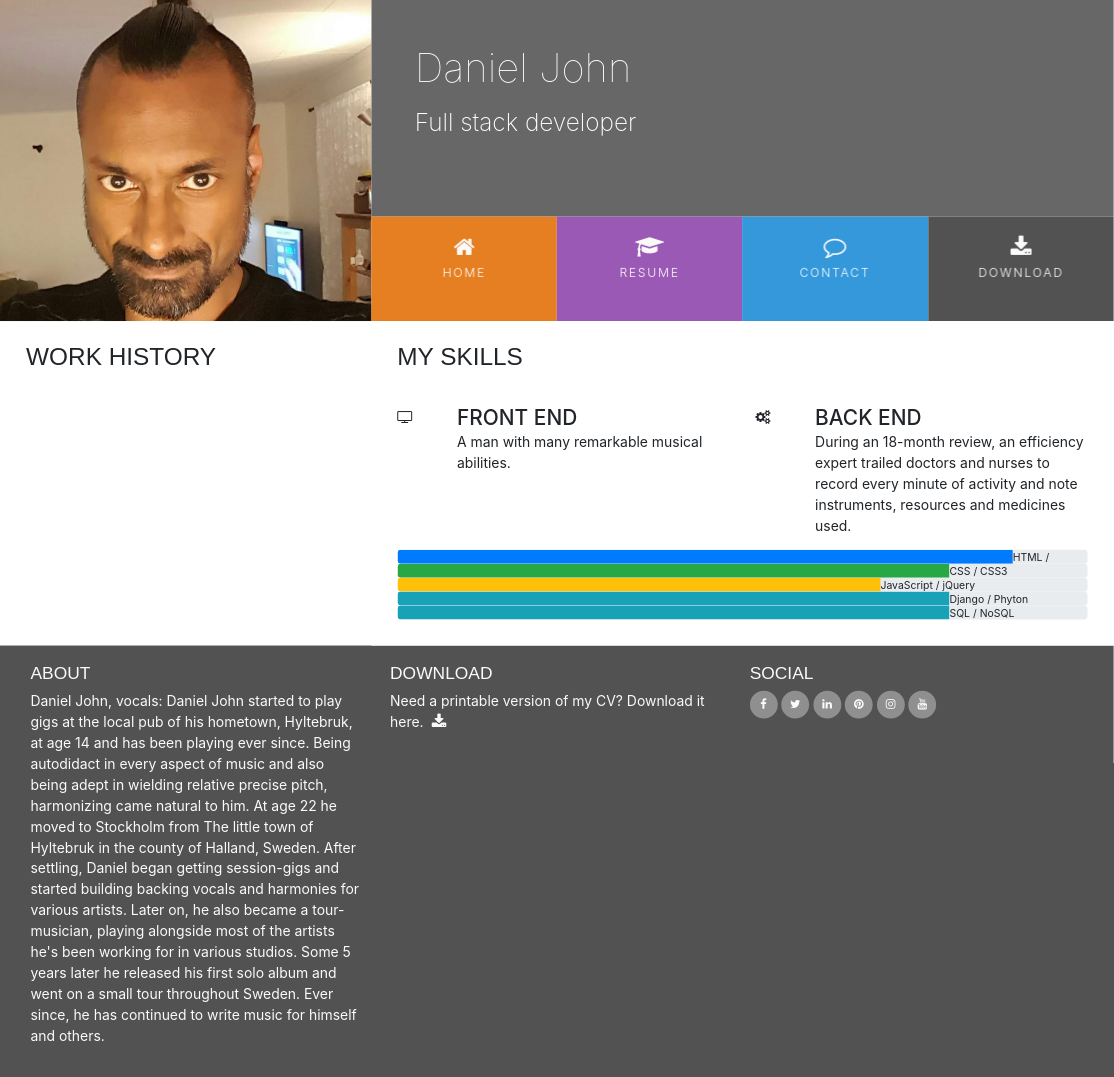
Repository: Jadehammar/initial-commit
Page: resume.html
The author's editor kept a record of every edit. The page is drawn from the files as they stood at one moment, then again after the next edit.
The browser window is 1280 px wide. The pictures show the whole page, at 87% of full size.

Above is the page before.

After the next edit:
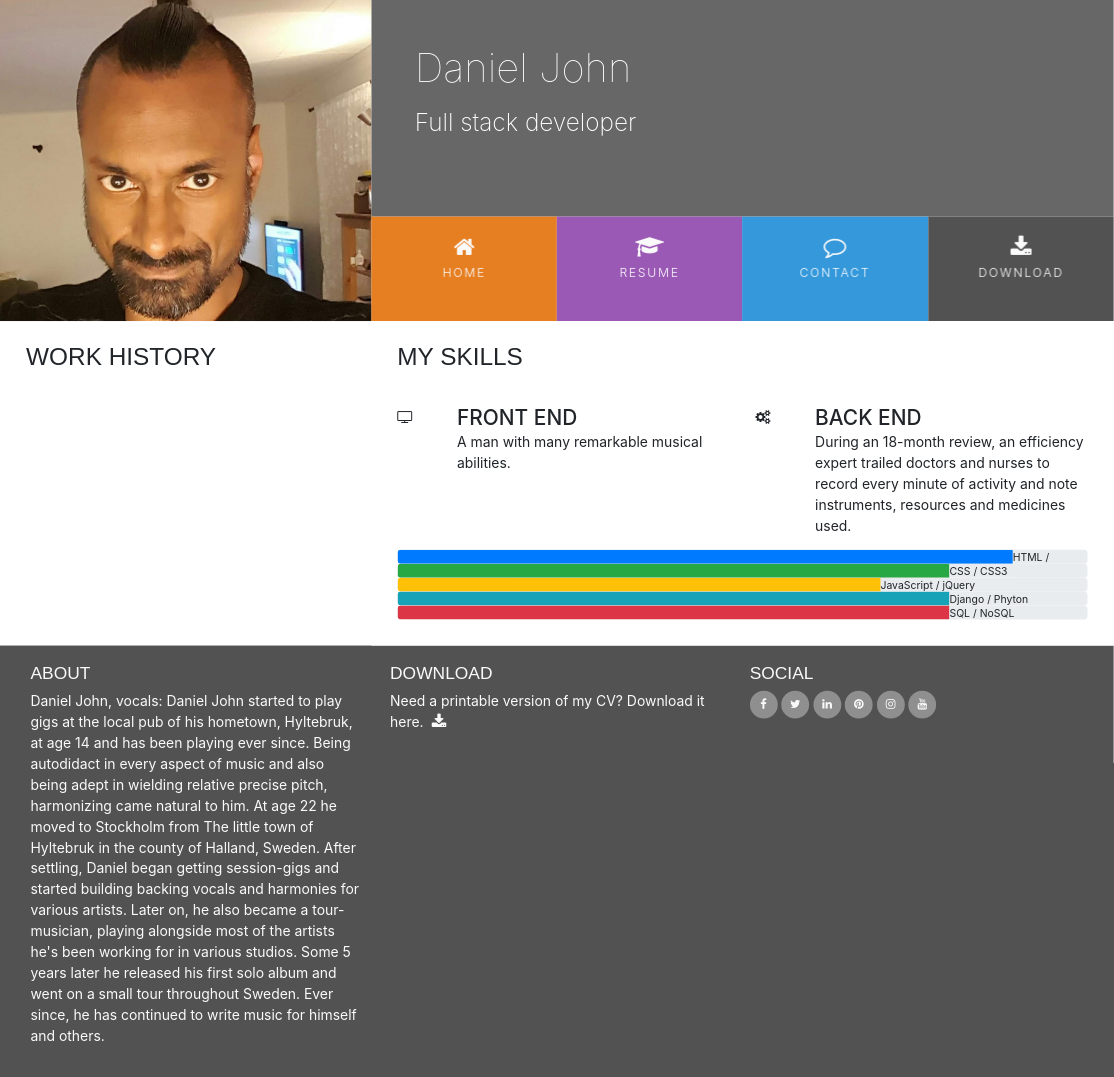
The edit:
--- a/resume.html
+++ b/resume.html
@@ -116,7 +116,7 @@
                             <span class="progress-type">Django / Phyton</span>
                         </div>
                          <div class="progress">
-                            <div class="progress-bar bg-info" role="progressbar" aria-valuenow="80" aria-valuemin="0" aria-valuemax="100" style="width:80%;">
+                            <div class="progress-bar bg-danger" role="progressbar" aria-valuenow="80" aria-valuemin="0" aria-valuemax="100" style="width:80%;">
                                 <span class="sr-only">80% complete</span>
                             </div>
                             <span class="progress-type">SQL / NoSQL</span>
